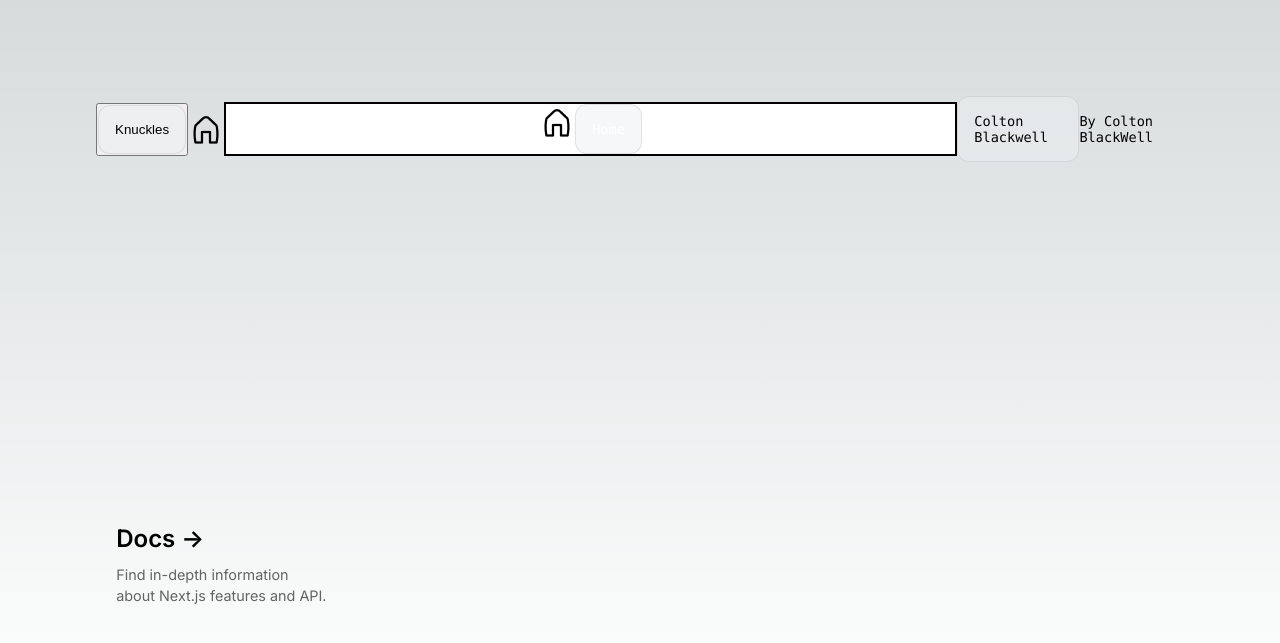
Repository: coltonBlackwell/Music_Quiz
Page: /
The author's editor kept a copy of each file at every save. The page is drawn from the files as they stood at one save, then again after the next save.
The browser window is 1280 px wide. The pictures show the whole page.
The project was rebuilt for these pictures with package versions that can differ from the ones it lists, and the page was loaded fresh each time. The framework's server and built-in components were replaced by stand-ins that run in the browser. Also part of the build but not shown: next.config.mjs.

Above is the page before, as saved 2024-06-30 14:34:14.

### src/app/page.tsx
import Image from "next/image";
import styles from "./page.module.css";
import Retake from "../../components/atoms/retake_Button"
import HomeIcon from "../../components/atoms/icon_home"
import HomeIconNav from "../../components/molecules/icon_home_Navigation"

export default function Home() {
  return (
    <main className={styles.main}>
      <div className={styles.description}>
      <Retake/>
          <HomeIcon/>
          <HomeIconNav/>
        <p>
          Colton Blackwell
        </p>
        <div>
          <a
            href="https://vercel.com?utm_source=create-next-app&utm_medium=appdir-template&utm_campaign=create-next-app"
            target="_blank"
            rel="noopener noreferrer"
          >
            By Colton BlackWell
          </a>
        </div>
      </div>


      <div className={styles.grid}>
        <a
          href="https://nextjs.org/docs?utm_source=create-next-app&utm_medium=appdir-template&utm_campaign=create-next-app"
          className={styles.card}
          target="_blank"
          rel="noopener noreferrer"
        >
          <h2>
            Docs <span>-&gt;</span>
          </h2>
          <p>Find in-depth information about Next.js features and API.</p>
        </a>
      </div>
    </main>
  );
}

### src/app/globals.css
:root {
  --max-width: 1200px;
  --border-radius: 12px;
  --font-mono: ui-monospace, Menlo, Monaco, "Cascadia Mono", "Segoe UI Mono",
    "Roboto Mono", "Oxygen Mono", "Ubuntu Monospace", "Source Code Pro",
    "Fira Mono", "Droid Sans Mono", "Courier New", monospace;

  --foreground-rgb: 0, 0, 0;
  --background-start-rgb: 214, 219, 220;
  --background-end-rgb: 255, 255, 255;

  --primary-glow: conic-gradient(
    from 180deg at 50% 50%,
    #16abff33 0deg,
    #0885ff33 55deg,
    #54d6ff33 120deg,
    #0071ff33 160deg,
    transparent 360deg
  );
  --secondary-glow: radial-gradient(
    rgba(255, 255, 255, 1),
    rgba(255, 255, 255, 0)
  );

  --tile-start-rgb: 239, 245, 249;
  --tile-end-rgb: 228, 232, 233;
  --tile-border: conic-gradient(
    #00000080,
    #00000040,
    #00000030,
    #00000020,
    #00000010,
    #00000010,
    #00000080
  );

  --callout-rgb: 238, 240, 241;
  --callout-border-rgb: 172, 175, 176;
  --card-rgb: 180, 185, 188;
  --card-border-rgb: 131, 134, 135;
}

@media (prefers-color-scheme: dark) {
  :root {
    --foreground-rgb: 255, 255, 255;
    --background-start-rgb: 0, 0, 0;
    --background-end-rgb: 0, 0, 0;

    --primary-glow: radial-gradient(rgba(1, 65, 255, 0.4), rgba(1, 65, 255, 0));
    --secondary-glow: linear-gradient(
      to bottom right,
      rgba(1, 65, 255, 0),
      rgba(1, 65, 255, 0),
      rgba(1, 65, 255, 0.3)
    );

    --tile-start-rgb: 2, 13, 46;
    --tile-end-rgb: 2, 5, 19;
    --tile-border: conic-gradient(
      #ffffff80,
      #ffffff40,
      #ffffff30,
      #ffffff20,
      #ffffff10,
      #ffffff10,
      #ffffff80
    );

    --callout-rgb: 20, 20, 20;
    --callout-border-rgb: 108, 108, 108;
    --card-rgb: 100, 100, 100;
    --card-border-rgb: 200, 200, 200;
  }
}

* {
  box-sizing: border-box;
  padding: 0;
  margin: 0;
}

html,
body {
  max-width: 100vw;
  overflow-x: hidden;
}

body {
  color: rgb(var(--foreground-rgb));
  background: linear-gradient(
      to bottom,
      transparent,
      rgb(var(--background-end-rgb))
    )
    rgb(var(--background-start-rgb));
}

a {
  color: inherit;
  text-decoration: none;
}

@media (prefers-color-scheme: dark) {
  html {
    color-scheme: dark;
  }
}

### components/atoms/retake_Button.tsx
export default function Retake_Button(){
    return(
        <button>
            <p>Knuckles</p>
        </button>
    );
}

### components/atoms/icon_home.tsx
import Image from "next/image";
import IconHome from "../../public/home.png"

export default function Icon_Home(){
    return(
        <Image src={IconHome} alt="home"/>
    );
}

### components/molecules/icon_home_Navigation.tsx
import Image from "next/image";
import HomeIcon from "../../components/atoms/icon_home"

export default function Icon_Home_Navigation(){
    return(
        <div style={{ border: '2px solid black', width: '100%', backgroundColor: "white", color:"white", display:"flex", flexDirection:'row', justifyContent:'center' }}>
            <HomeIcon />
            <p>Home</p>
        </div>
    );
}

Loaded but not shown: src/app/layout.tsx (common file); src/app/page.module.css (common file)

After the next save:
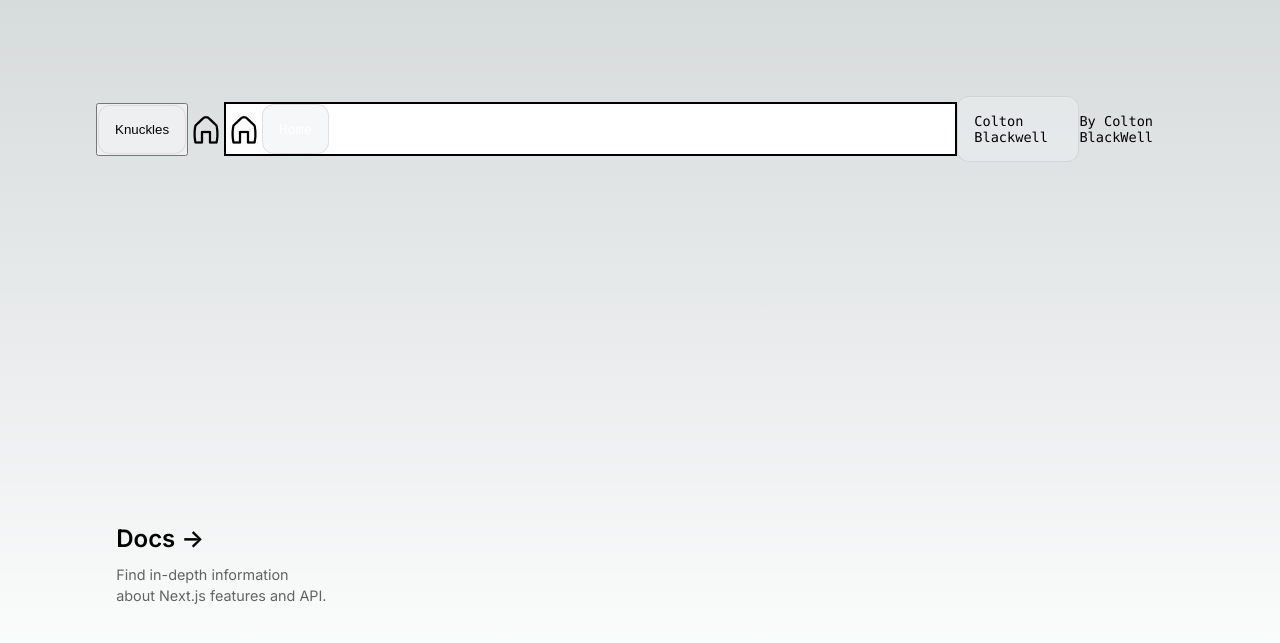
Saved 9 s later.
--- a/components/molecules/icon_home_Navigation.tsx
+++ b/components/molecules/icon_home_Navigation.tsx
@@ -3,7 +3,7 @@ import HomeIcon from "../../components/atoms/icon_home"
 
 export default function Icon_Home_Navigation(){
     return(
-        <div style={{ border: '2px solid black', width: '100%', backgroundColor: "white", color:"white", display:"flex", flexDirection:'row', justifyContent:'center' }}>
+        <div style={{ border: '2px solid black', width: '100%', backgroundColor: "white", color:"white", display:"flex", flexDirection:'row', alignItems:'center' }}>
             <HomeIcon />
             <p>Home</p>
         </div>
